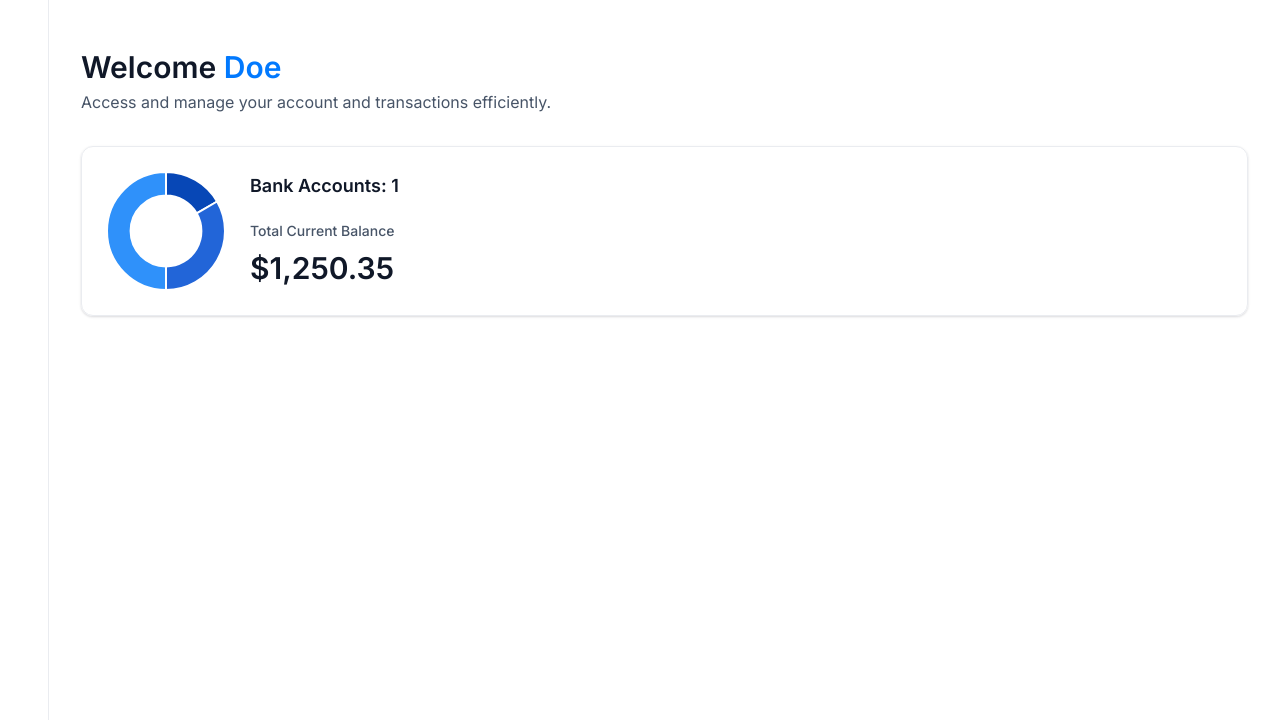
Repository: akinolapo/creditcraze
Page: /
The author's editor kept a copy of each file at every save. The page is drawn from the files as they stood at one save, then again after a run of saves.
The browser window is 1280 px wide. The pictures show the whole page.
The project was rebuilt for these pictures with package versions that can differ from the ones it lists, and the page was loaded fresh each time. The framework's server and built-in components were replaced by stand-ins that run in the browser. Also part of the build but not shown: next.config.mjs.

Above is the page before, as saved 2024-07-01 09:06:47.

### app/layout.tsx
import type { Metadata } from "next";
import { Inter, IBM_Plex_Serif } from "next/font/google";
import "./globals.css";

const inter = Inter({ subsets: ["latin"], variable: '--font-inter' });
const ibmPlexSerif = IBM_Plex_Serif({
  subsets: ['latin'],
  weight: ['400', '700'],
  variable: '--font-ibm-plex-serif'
})

export const metadata: Metadata = {
  title: "CreditCraze",
  description: "CreditCraze is a modern banking platform for everyone.",
  icons: {
    icon: '/icons/logo.svg'
  }
};

export default function RootLayout({
  children,
}: Readonly<{
  children: React.ReactNode;
}>) {
  return (
    <html lang="en">
      <body className={`${inter.variable} ${ibmPlexSerif.variable}`}>{children}</body>
    </html>
  );
}

### app/(root)/layout.tsx
import Sidebar from "@/components/Sidebar";

export default function RootLayout({
  children,
}: Readonly<{
  children: React.ReactNode;
}>) {
  const loggedIn =  { firstName: 'Doe', lastName: 'John'}
  return (
    <main className="flex h-screen w-full font-inter">
        <Sidebar user={loggedIn} />
        {children}
    </main>
  );
}

### app/(root)/page.tsx
import HeaderBox from '@/components/HeaderBox'
import TotalBalanceBox from '@/components/TotalBalanceBox';
import React from 'react'

const Home = () => {
  const loggedIn = { firstName: 'Doe'};
  return (
    <section className="home">
      <div className="home-content">
        <header className="home-header">
          <HeaderBox
            type="greeting"
            title="Welcome"
            user={loggedIn?.firstName || 'Guest'}
            subtext="Access and manage your account and transactions efficiently."
          />

          <TotalBalanceBox
            accounts={[]}
            totalBanks={1}
            totalCurrentBalance={1250.35}
          />

        </header>
      </div>
    </section>
  )
}

export default Home

### components/Sidebar.tsx
import Image from 'next/image'
import Link from 'next/link'
import React from 'react'

const Sidebar = ({user}: SiderbarProps) => {
  return (
    <section className="sidebar">
        <nav className="flex flex-col gap-4">
            <Link href="/" className="mb-12 cursor-pointer items-center gap-2">
                <Image
                />
            </Link>
        </nav>
    </section>
  )
}

export default Sidebar

### components/HeaderBox.tsx
const HeaderBox = ({ type="title", title, subtext, user}: HeaderBoxProps) => {
  return (
    <div className="header-box">
        <h1 className="header-box-title">
            {title}
            {type === 'greeting' && (
                <span className="text-bankGradient">
                    &nbsp;{user}
                </span>
            )}
        </h1>
        <p className="header-box-subtext">{subtext}</p>
    </div>
  )
}

export default HeaderBox

### components/TotalBalanceBox.tsx
import AnimatedCounter from './AnimatedCounter'
import DoughnutChart from './DoughnutChart'

const TotalBalanceBox = ({
  accounts= [], totalBanks, totalCurrentBalance
}:TotlaBalanceBoxProps) => {
  return (
    <section className="total-balance">
      <div className="total-balance-chart">
        <DoughnutChart accounts={accounts}/>
      </div>
      <div className="flex flex-col gap-6">
        <h2 className="header-2">
          Bank Accounts: {totalBanks}
        </h2>
        <div className="flex flex-col gap-2">
          <p className="total-balance-label">
            Total Current Balance
          </p>
          <div className="total-balance-amount flex-center gap-2">
            <AnimatedCounter amount= {totalCurrentBalance}/>
          </div>
        </div>
      </div>
    </section>
  )
}

export default TotalBalanceBox

### components/AnimatedCounter.tsx
'use client';
import CountUp from 'react-countup'

const AnimatedCounter = ({amount}: {amount: number}) => {
  return (
    <div className="w-full">
        <CountUp
            duration={2.75}
            decimals={2}
            decimal="."
            prefix="$"
            end ={amount}
        />
    </div>
  )
}

export default AnimatedCounter

### components/DoughnutChart.tsx
'use client'

import { Chart as ChartJs, ArcElement, Legend, Tooltip } from "chart.js"
import { Doughnut } from "react-chartjs-2"

ChartJs.register(ArcElement, Tooltip, Legend)

const DoughnutChart = ({accounts}: DoughnutChartProps) => {
  const data = {
    datasets: [
      {
        label: 'Banks',
        data: [1250, 2500, 3750],
        backgroundColor: ['#0747b6', '#2265d8', '#2f91fa']
      }
    ],
    labels: ['Bank 1', 'Bank 2', 'Bank 3']
  }
  return (
    <Doughnut
      data={data}
      options={{
        cutout: '60%',
        plugins: {
          legend:{
            display: false
          }
        }
      }}
    />
  )
}

export default DoughnutChart

Loaded but not shown: app/globals.css (common file); tailwind.config.ts (common file)

After the next 10 saves:
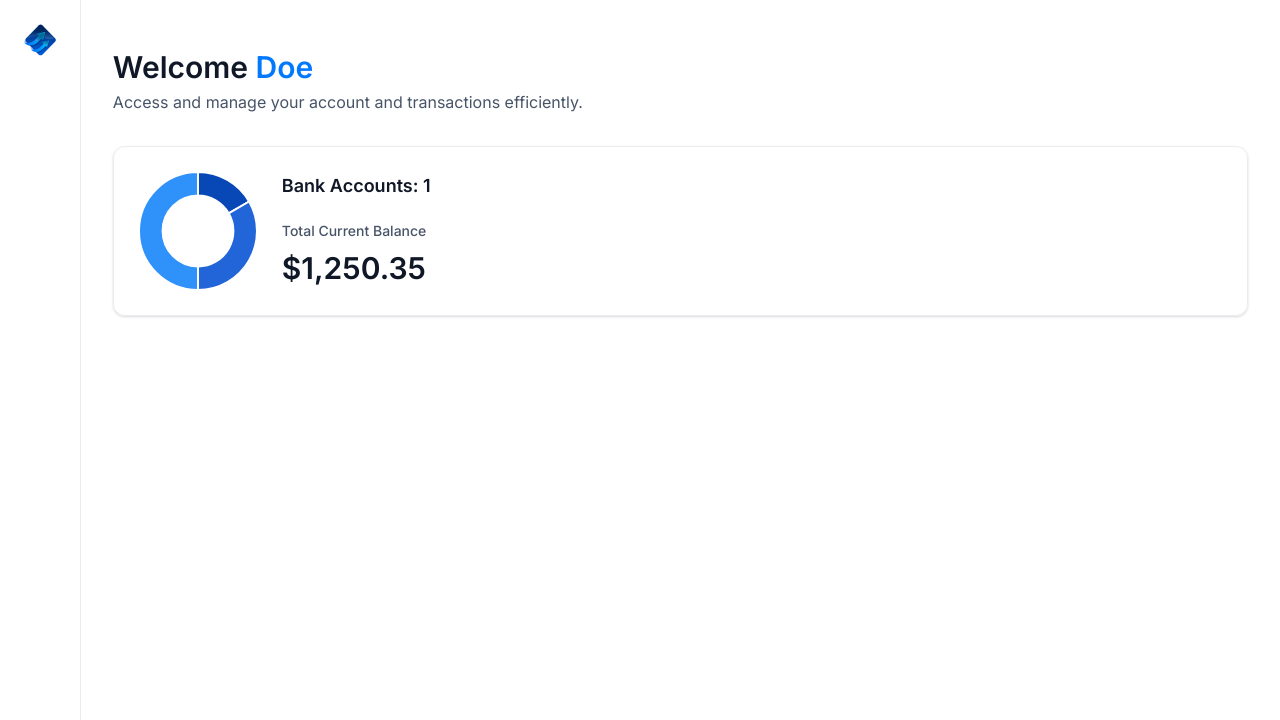
The 10 saves are shown as one change because 5 did not build or start and some came seconds apart.
The last was saved 36 s later.
--- a/components/Sidebar.tsx
+++ b/components/Sidebar.tsx
@@ -8,6 +8,9 @@ const Sidebar = ({user}: SiderbarProps) => {
         <nav className="flex flex-col gap-4">
             <Link href="/" className="mb-12 cursor-pointer items-center gap-2">
                 <Image
+                    src="/icons/logo.svg"
+                    width={34}
+                    height={34}
                 />
             </Link>
         </nav>
